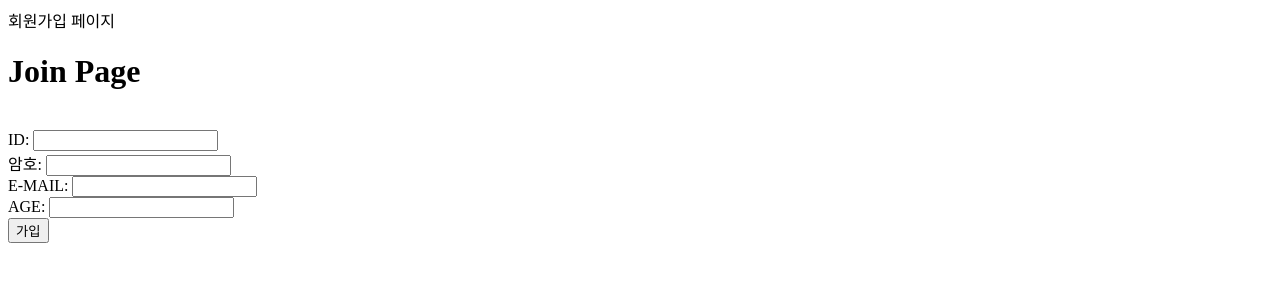
Repository: gatsby5959/_myjsp_workspace_paging_com_2
Page: http://localhost/myjsp_project/member/join.jsp
An editor plug-in stored every save of this project. The page is shown before and after the next save, followed by the edit.
The browser window is 1280 px wide. The pictures show the whole page.
The page is served by Tomcat 9. Other server files are loaded and not shown.

Above is the page before, as saved 2023-09-21 08:21:36.

### myjsp_project/src/main/webapp/member/join.jsp
<%@ page language="java" contentType="text/html; charset=UTF-8"
    pageEncoding="UTF-8"%>
<!DOCTYPE html>
<html>
<head>
<meta charset="UTF-8">
<title>회원가입 페이지</title>
</head>
<body>
회원가입 페이지
<h1>Join Page</h1>
<br>
<form action="/mem/register">
	ID: <input type="text" name="id"><br>
	암호: <input type="text" name="pwd"><br>
	E-MAIL: <input type="text" name="email"><br>
	AGE: <input type="text" name="age"><br>
	<button type="submit">가입</button>
</form>
</body>
</html>

After the next save:
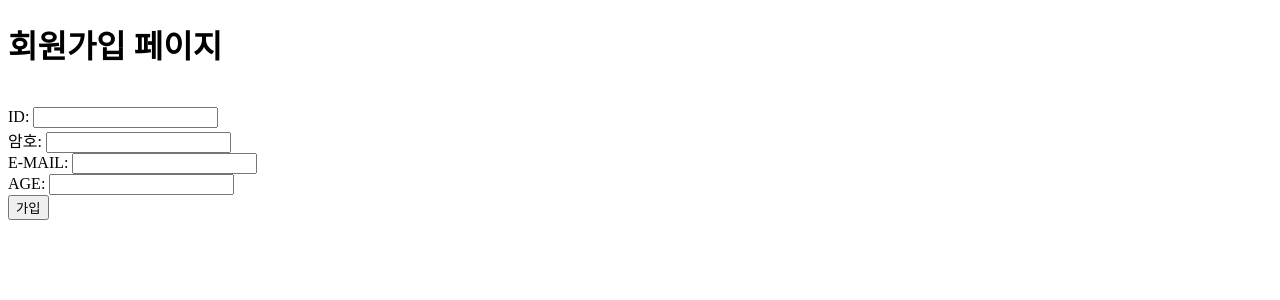
Saved 81 s later.
--- a/myjsp_project/src/main/webapp/member/join.jsp
+++ b/myjsp_project/src/main/webapp/member/join.jsp
@@ -7,8 +7,8 @@
 <title>회원가입 페이지</title>
 </head>
 <body>
-회원가입 페이지
-<h1>Join Page</h1>
+
+<h1>회원가입 페이지</h1>
 <br>
 <form action="/mem/register">
 	ID: <input type="text" name="id"><br>
